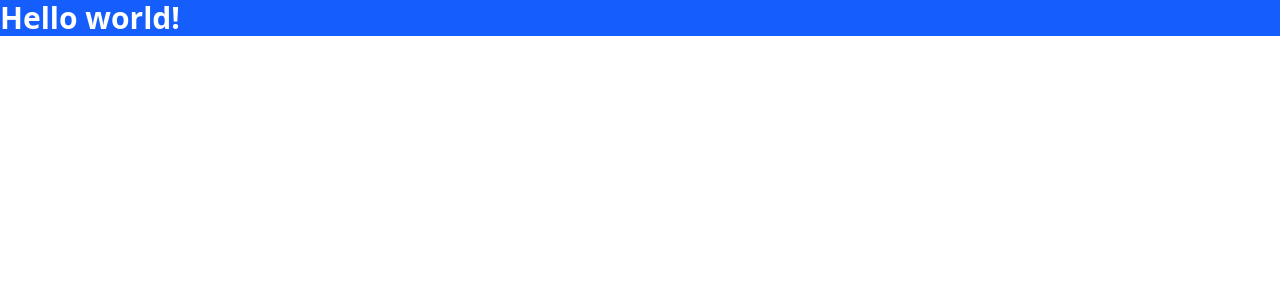
Repository: DinTri/TailwindCss
Page: index.html
An editor plug-in stored every save of this project. The page is shown before and after the next save, followed by the edit.
The browser window is 1280 px wide. The pictures show the whole page.
Some web fonts or font styles are not loaded; a fallback is used.

Above is the page before, as saved 2025-06-07 01:01:29.

### index.html
<!DOCTYPE html>
<html lang="en">
  <head>
    <meta charset="UTF-8">
    <meta name="viewport" content="width=device-width, initial-scale=1">
    <title>Play with Tailwind</title>
    <link rel="stylesheet" href="style.css">
    </head>
  <body>
    <h1 class="text-3xl text-white font-bold bg-blue-600">
      Hello world!
    </h1>
  </body>
</html>

Loaded but not shown: style.css (2230 lines, source omitted)

After the next save:
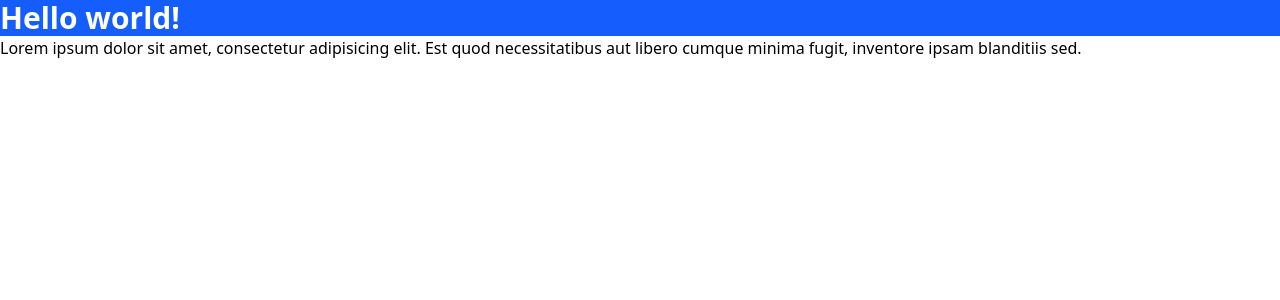
Saved 16 min 10 s later.
--- a/index.html
+++ b/index.html
@@ -10,5 +10,6 @@
     <h1 class="text-3xl text-white font-bold bg-blue-600">
       Hello world!
     </h1>
+    <p>Lorem ipsum dolor sit amet, consectetur adipisicing elit. Est quod necessitatibus aut libero cumque minima fugit, inventore ipsam blanditiis sed.</p>
   </body>
 </html>

After the save that followed:
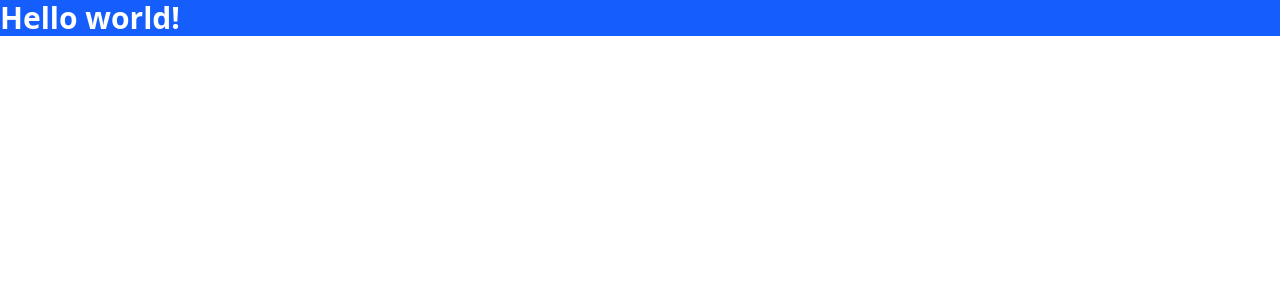
Saved 66 s later.
--- a/index.html
+++ b/index.html
@@ -10,6 +10,6 @@
     <h1 class="text-3xl text-white font-bold bg-blue-600">
       Hello world!
     </h1>
-    <p>Lorem ipsum dolor sit amet, consectetur adipisicing elit. Est quod necessitatibus aut libero cumque minima fugit, inventore ipsam blanditiis sed.</p>
+    <p class="text=2xl text-white m-4 p-4">Lorem ipsum dolor sit amet, consectetur adipisicing elit. Est quod necessitatibus aut libero cumque minima fugit, inventore ipsam blanditiis sed.</p>
   </body>
 </html>
